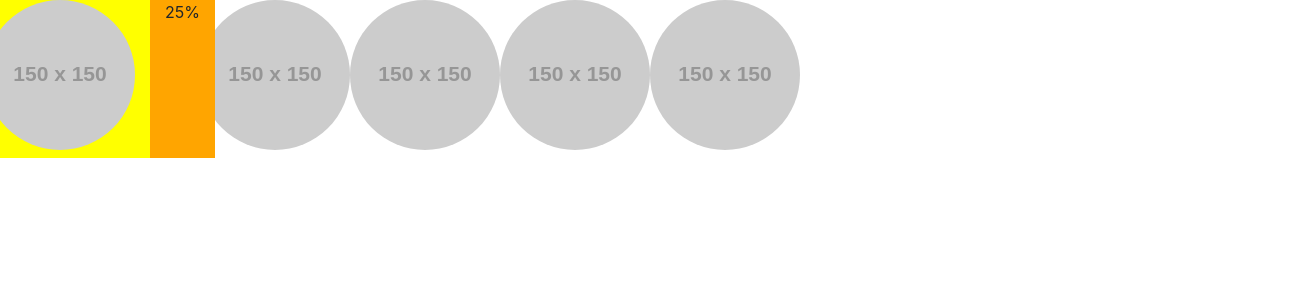
Repository: rsusolutions/RSU-Website
Page: quiz/index.html
The author's editor kept a copy of each file at every save. The page is drawn from the files as they stood at one save, then again after the next save.
The browser window is 1280 px wide. The page is 1295 px wide, so the pictures cover 1295 px, including what lies to the right of the window. The pictures show the whole page.
Some web libraries are served in a nearby version.

Above is the page before, as saved 2020-04-21 18:55:50.

After the next save:
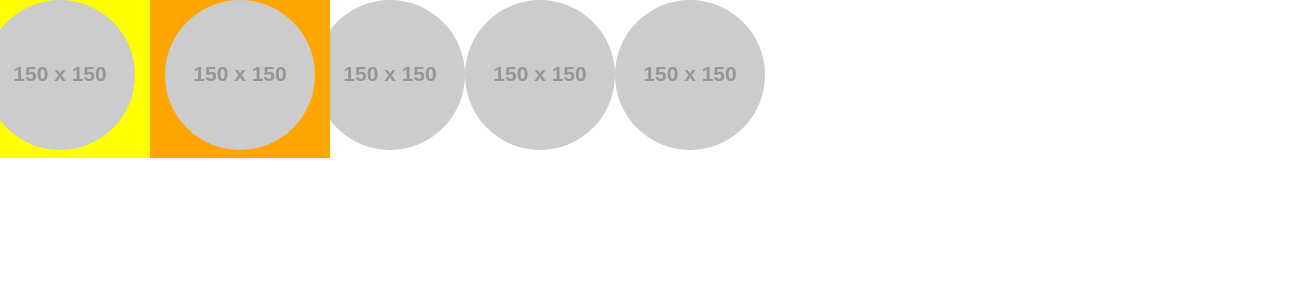
Saved 10 s later.
--- a/quiz/index.html
+++ b/quiz/index.html
@@ -19,12 +19,14 @@
       <div class="col" style="background-color:yellow;">
     <img class="rounded-circle mb-2" alt="150x150" src="https://placehold.it/150x150" data-holder-rendered="true">
     </div>
-      <div class="col" style="background-color:orange;">25%</div>
+      <div class="col" style="background-color:orange;">
+    <img class="rounded-circle mb-2" alt="150x150" src="https://placehold.it/150x150" data-holder-rendered="true">
+    </div>
     </div>
 
 
 
-                <img class="rounded-circle mb-2" alt="150x150" src="https://placehold.it/150x150" data-holder-rendered="true">
+
 
                 <img class="rounded-circle mb-2" alt="150x150" src="https://placehold.it/150x150" data-holder-rendered="true">
                 <img class="rounded-circle mb-2" alt="150x150" src="https://placehold.it/150x150" data-holder-rendered="true">
